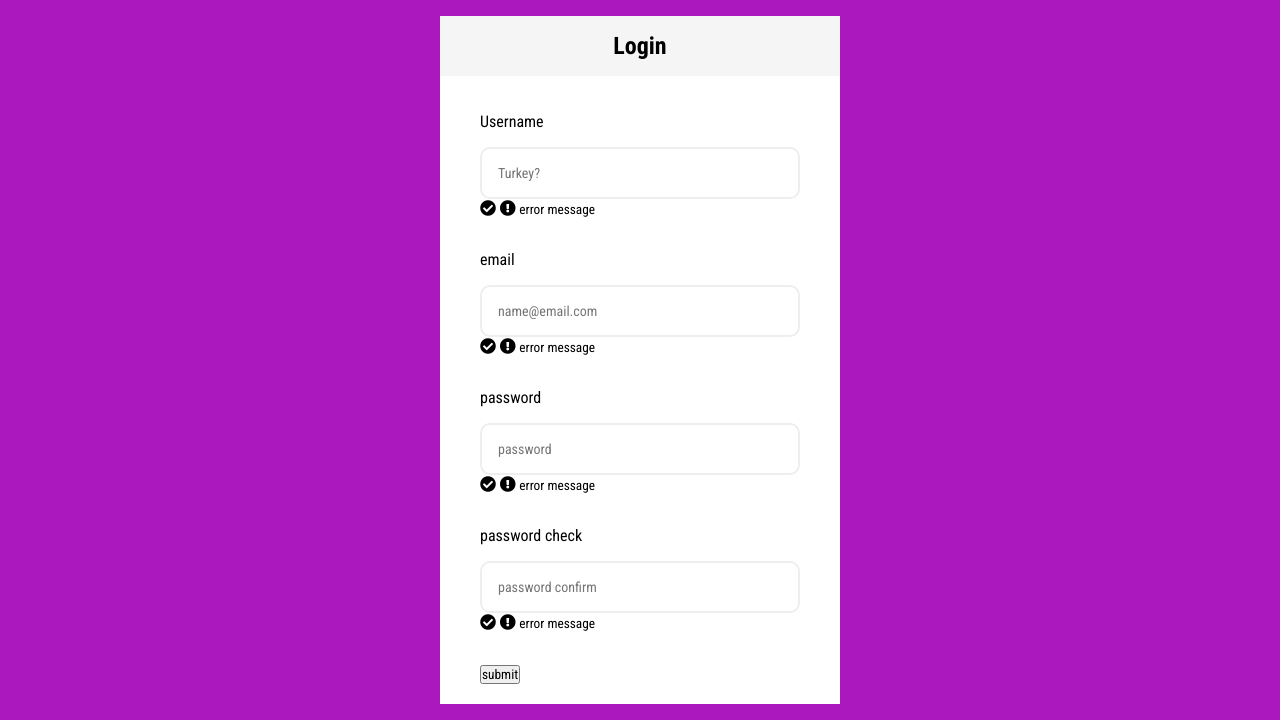
Repository: Abdoulrhman-altyeb/form-_validation-
Page: index.html
The author's editor kept a copy of each file at every save. The page is drawn from the files as they stood at one save, then again after a run of saves.
The browser window is 1280 px wide. The pictures show the whole page.

Above is the page before, as saved 2021-05-23 20:48:09.

### index.html
<!DOCTYPE html>
<html lang="en">
<head>
    <meta charset="UTF-8">
    <meta http-equiv="X-UA-Compatible" content="IE=edge">
    <meta name="viewport" content="width=device-width, initial-scale=1.0">
    <link rel="stylesheet" href="style.css">
    <link rel="stylesheet" href="https://cdnjs.cloudflare.com/ajax/libs/font-awesome/5.15.3/css/all.min.css"
        integrity="sha512-iBBXm8fW90+nuLcSKlbmrPcLa0OT92xO1BIsZ+ywDWZCvqsWgccV3gFoRBv0z+8dLJgyAHIhR35VZc2oM/gI1w=="
        crossorigin="anonymous" referrerpolicy="no-referrer" />
    <script src="script.js" defer></script>
    <title>form validation</title>
</head>
<body>
    <div class="container">
        <div class="header">
            <h2>Login</h2>
        </div>
        <form class="form">
            <div class="form-control">
                <label for="username">Username</label>
                <input type="text" placeholder="Turkey?" id="username">
                <i class="fa fa-check-circle"></i>
                <i class="fa fa-exclamation-circle"></i>
                <small>error message</small>
            </div>
            <div class="form-control">
                <label for="email">email</label>
                <input type="email" placeholder="name@email.com" id="email">
                <i class="fa fa-check-circle"></i>
                <i class="fa fa-exclamation-circle"></i>
                <small>error message</small>
            </div>
            <div class="form-control">
                <label for="password">password</label>
                <input type="password" placeholder="password" id="password">
                <i class="fa fa-check-circle"></i>
                <i class="fa fa-exclamation-circle"></i>
                <small>error message</small>
            </div>
            <div class="form-control">
                <label for="password2">password check</label>
                <input type="password" placeholder="password confirm" id="password2">
                <i class="fa fa-check-circle"></i>
                <i class="fa fa-exclamation-circle"></i>
                <small>error message</small>
            </div>
            <button type="submit">submit</button>
        </form>
    </div>
</body>
</html>

### style.css
@import url('https://fonts.googleapis.com/css2?family=Roboto+Condensed:wght@400;700&display=swap');
*{
    padding:0;
    margin:0;
    box-sizing:border-box;
    font-family: 'Roboto Condensed', sans-serif;
}
body{
    display: flex;
    justify-content: center;
    align-items: center;
    min-height:100vh;
    background:rgb(171, 25, 190);
}
.container{
    background:white;
    width:400px;
    display: flex;
    flex-direction: column;
}
.header{
    text-align: center;
    padding:10px 40px;
    padding:1rem;
    background:whitesmoke;
    margin-bottom:1rem;
}
.form{
    padding:20px 40px;
}
.form-control{
    margin-bottom:1rem;
    padding-bottom:1rem;
}
.form-control label{
    display: inline-block;
    margin-bottom:1rem;
}
.form-control input{
    display: block;
    border:2px solid #eee;
    width:100%;
    padding:1rem;
    font-size:14px;
    border-radius:10px;
}

Loaded but not shown: script.js (no copy from this time; the picture is the same without it)

After the next 2 saves:
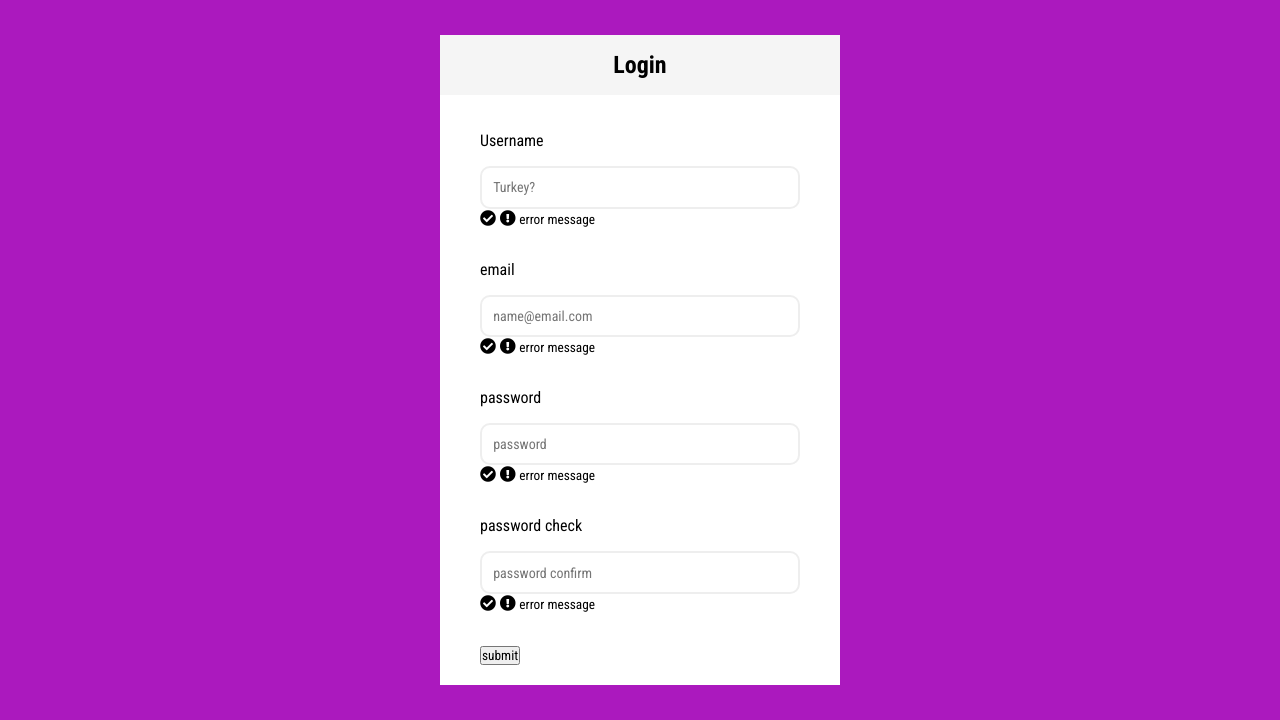
The 2 saves are shown as one change because they came seconds apart.
The last was saved 19 s later.
--- a/style.css
+++ b/style.css
@@ -40,7 +40,7 @@ body{
     display: block;
     border:2px solid #eee;
     width:100%;
-    padding:1rem;
+    padding:0.7rem;
     font-size:14px;
     border-radius:10px;
 }
